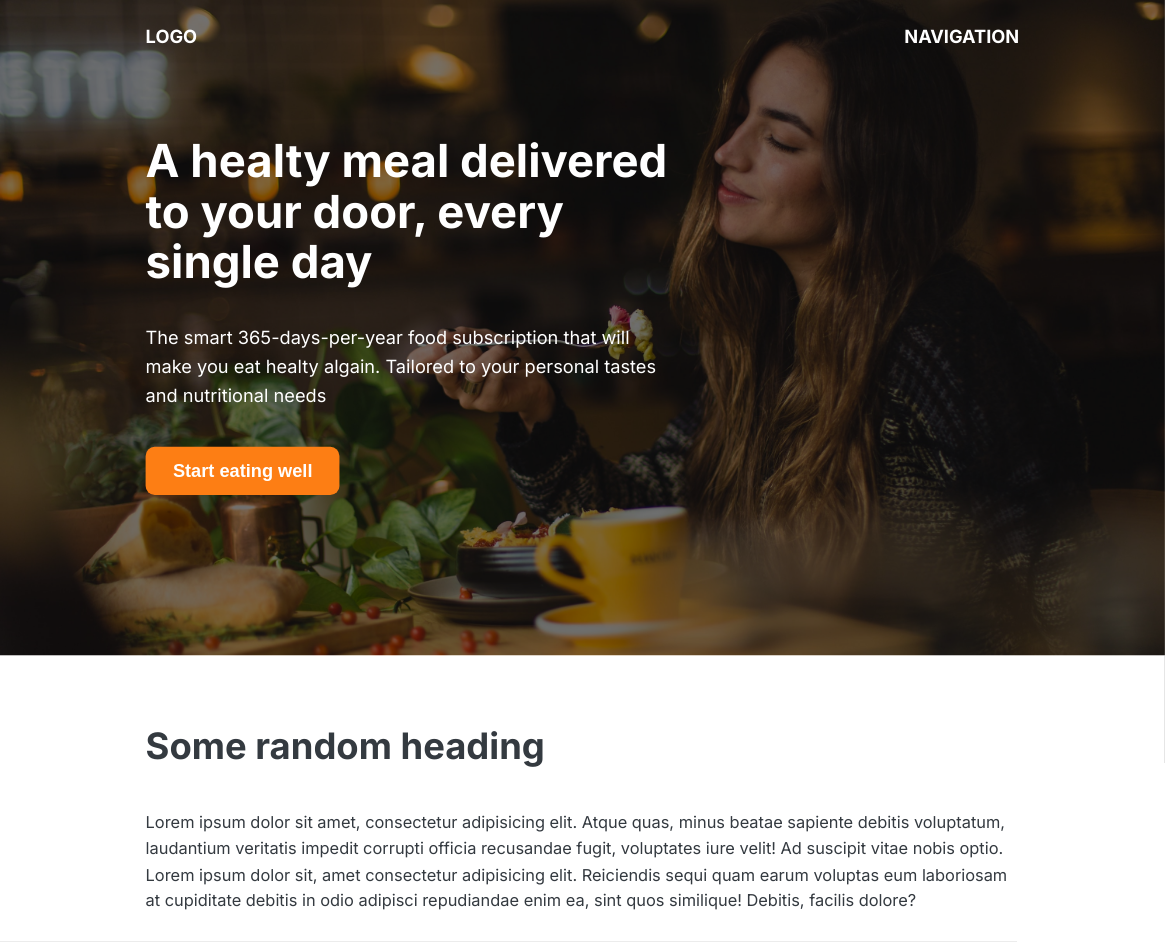
Repository: Ahmed123rezk123/06-Components
Page: hero.html
An editor plug-in stored every save of this project. The page is shown before and after the next save, followed by the edit.
The browser window is 1280 px wide. The pictures show the whole page, at 91% of full size.

Above is the page before, as saved 2024-09-18 09:33:31.

After the next save:
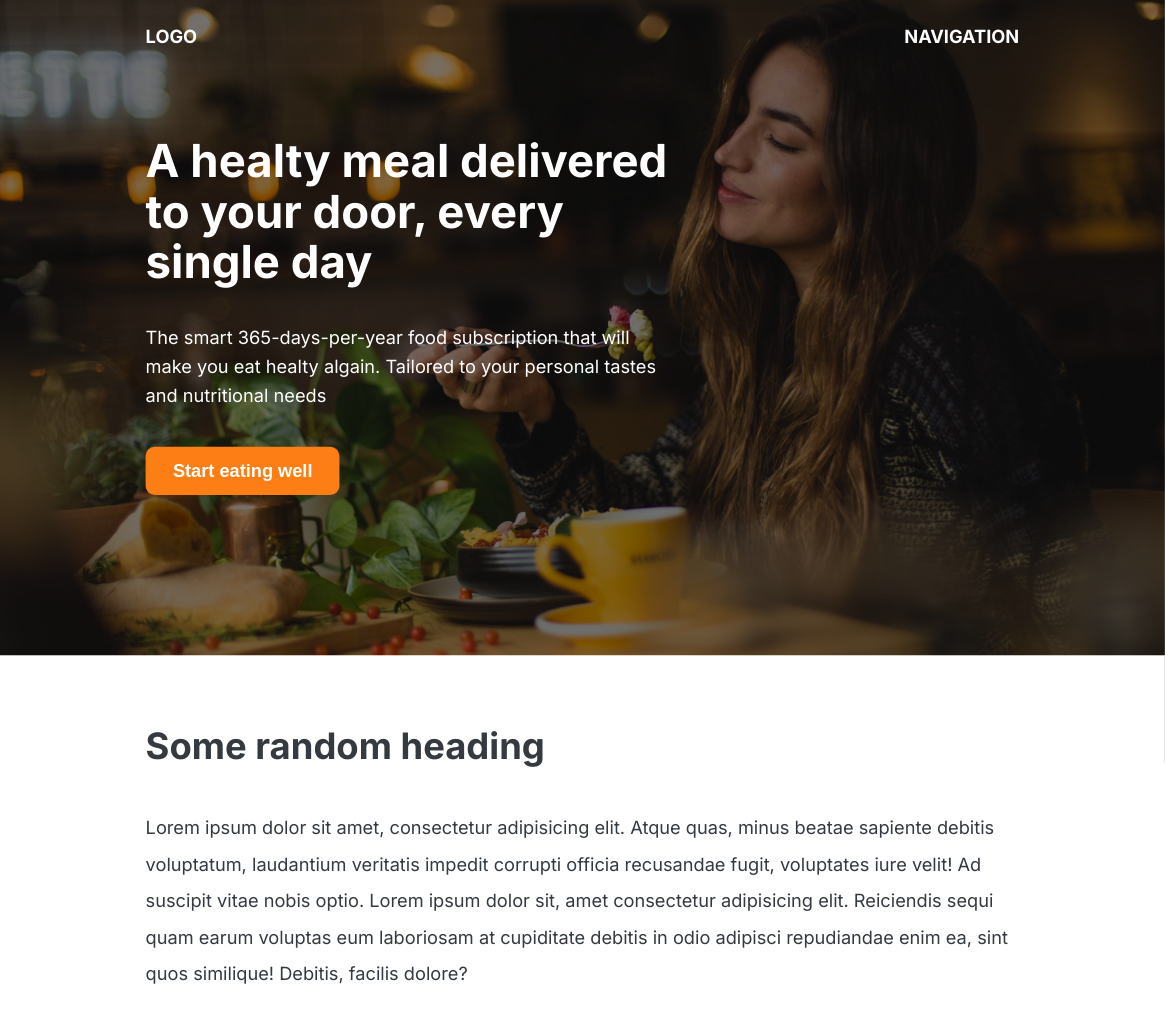
Saved 20 s later.
--- a/hero.html
+++ b/hero.html
@@ -88,8 +88,8 @@
         color: #343a40;
       }
       section p {
-        font-size: 18px;
-        line-height: 1.6;
+        font-size: 20px;
+        line-height: 2;
         color: #343a40;
       }
     </style>
